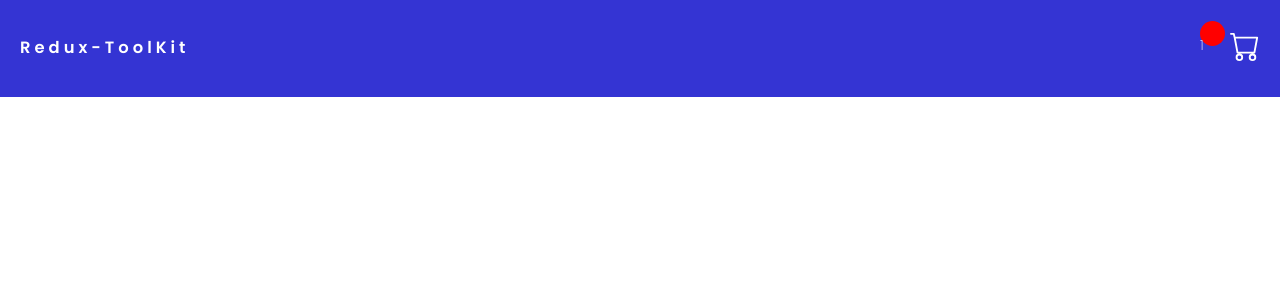
Repository: OmniaRafat232111121/shoppingCart
Page: /
These files come from the project's save history. The page is drawn as it stood at one moment and after the next save; the edit follows.
The browser window is 1280 px wide. The pictures show the whole page.
The project was rebuilt for these pictures with package versions that can differ from the ones it lists, and the page was loaded fresh each time. Also part of the build but not shown: src/App.css.

Above is the page before, as saved 2023-02-07 01:56:51.

### src/index.js
import React from 'react';
import ReactDOM from 'react-dom/client';
import './index.css';
import App from './App';
import { Provider } from 'react-redux';
import { store } from './store';
const root = ReactDOM.createRoot(document.getElementById('root'));
root.render(
  <React.StrictMode>
    <Provider store={store}>
      <App />
    </Provider>
  </React.StrictMode>
);

### src/index.css
@import url('https://fonts.googleapis.com/css2?family=Poppins:ital,wght@0,100;0,200;0,600;1,100;1,200;1,500;1,600&display=swap');
body {
  margin:0;
  padding:0;
  box-sizing: border-box;
  line-height: 1.5;
  font-size: 0.875rem;
  font-family: 'Poppins', sans-serif;
}
nav{
  background-color: rgb(52, 52, 211);
  padding:20px 20px;
}
.nav-center{
  display: flex;
  align-items: center;
  justify-content: space-between;
  width:100%;
  color:#fff;
  margin:0 auto;
}
.nav-center h3{
  letter-spacing: 4px;
}
.nav-center h3:hover{
  letter-spacing: 2px;
}
.nav-container{
  position: relative;
}
.amount-container{
  position: absolute;
  top:-10px;
  left:-30px;
  background-color: red;
  border-radius: 50%;

  width:25px;
  height:25px;
}

### src/App.js
import './App.css';
import Navbar from './Component/Navbar';

function App() {
  return (
    <div className="App">
  <Navbar/>
    </div>
  );
}

export default App;

### src/store.js
import { configureStore } from "@reduxjs/toolkit";
import cartReducer from './features/cart/cartSlice'
export const store = configureStore({
    reducer: {
        cart:cartReducer
    }
})

### src/Component/Navbar.js
import React from 'react'
import { useSelector } from 'react-redux';
import {BsCart} from 'react-icons/bs'
const Navbar = () => {
    const {amount}=useSelector((state)=>state.cart)
  return (
      <>
          <nav>
              <div className='nav-center'>
                  <h3>Redux-ToolKit</h3>
                  <div className='nav-container'>
                      <BsCart size={30}  />
                      <div className='amount-container'>
            <p className='total-amount'>1</p>
          </div>
                  </div>

              </div>
          </nav>
      </>
  )
}

export default Navbar

### src/features/cart/cartSlice.js
import { createSlice } from "@reduxjs/toolkit";
const initialState = {
    cartItems: [],
    amount: 0,
    total: 0,
    isLoading:true
}
  const cartSlice = createSlice({
    name: 'cart',
    initialState,
})
console.log(cartSlice)
export default cartSlice.reducer

Loaded but not shown: public/index.html (common file)

After the next save:
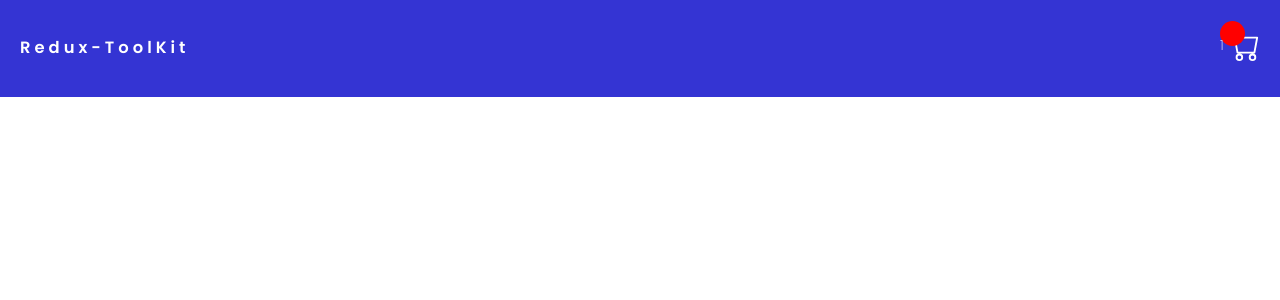
Saved 8 s later.
--- a/src/index.css
+++ b/src/index.css
@@ -31,7 +31,7 @@ nav{
 .amount-container{
   position: absolute;
   top:-10px;
-  left:-30px;
+  left:-10px;
   background-color: red;
   border-radius: 50%;
 
